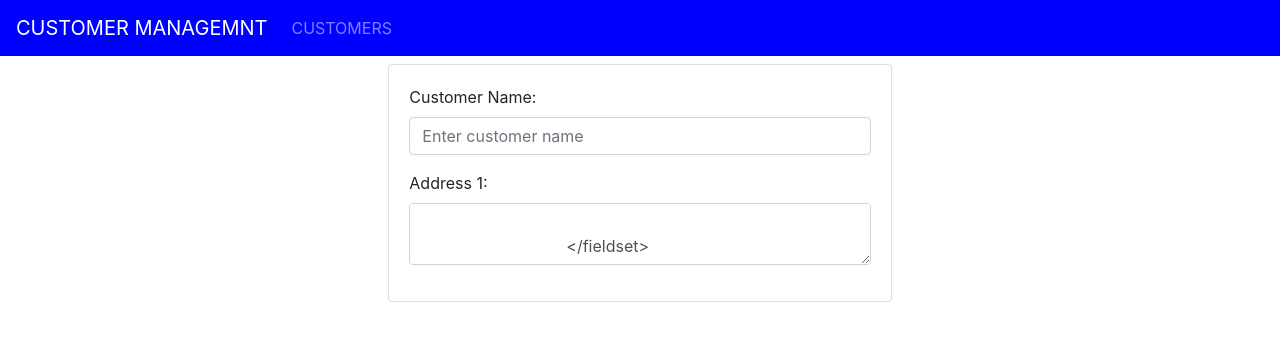
Repository: shruti-2522/webdirekt-assignment
Page: http://localhost/Customer-Project/customer-form.jsp
The author's editor kept a copy of each file at every save. The page is drawn from the files as they stood at one save, then again after a run of saves.
The browser window is 1280 px wide. The pictures show the whole page.
The page is served by Tomcat 9.

Above is the page before, as saved 2021-07-05 10:35:30.

After the next 2 saves:
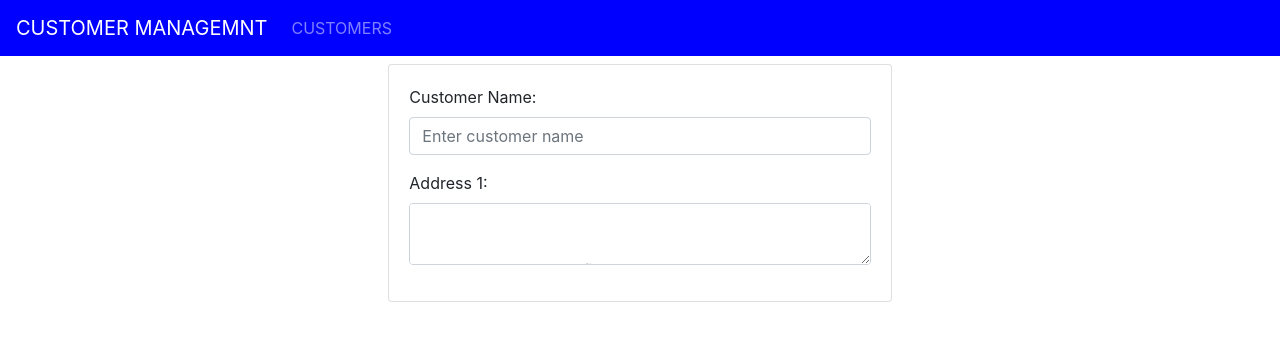
The 2 saves are shown as one change because they came seconds apart.
The last was saved 8 s later.
--- a/Customer-Project/src/main/webapp/customer-form.jsp
+++ b/Customer-Project/src/main/webapp/customer-form.jsp
@@ -34,21 +34,24 @@
 
 				<fieldset class="form-group">
 					<label>Customer Name:</label> <input type="text"
-						class="form-control" placeholder="Enter customer name" name="name" required>
+						class="form-control" placeholder="Enter customer name" name="name"
+						required>
 				</fieldset>
 
 
 				<fieldset class="form-group">
 					<label>Address 1:</label>
-					<textarea class="form-control name="addr1" placeholder="Enter address here"
-						required>
+					<textarea class="form-control name="
+						addr1" placeholder="Enter address here" required>
+
 
 				</fieldset>
 
 				<fieldset class="form-group">
 					<label>Address 2:</label>
-					<textarea class="form-control" placeholder="Enter address here"
-						required>
+					<textarea class="form-control" name="addr1"
+						placeholder="Enter address here" required>
+
 
 				</fieldset>
 
